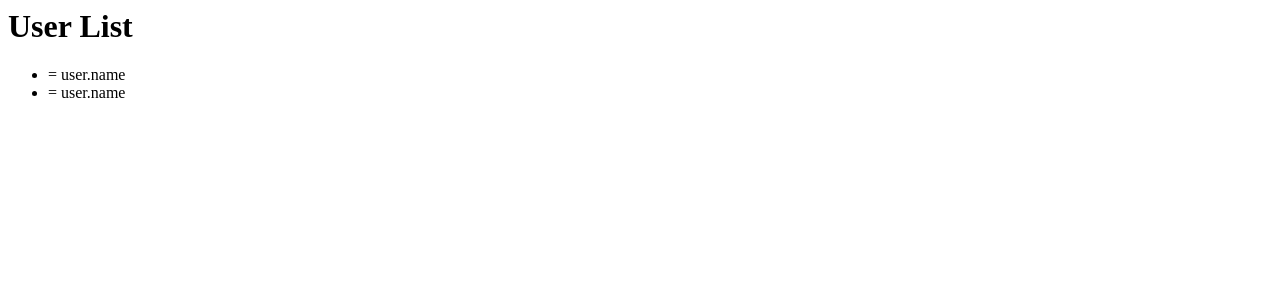
Repository: HuuNghi/nodeTokyo
Page: http://localhost/users
These files come from the project's save history. The page is drawn as it stood at one moment and after the next save; the edit follows.
The browser window is 1280 px wide. The pictures show the whole page.
The page is served by the project's Node server (index.js).

Above is the page before, as saved 2020-04-05 22:38:00.

After the next save:
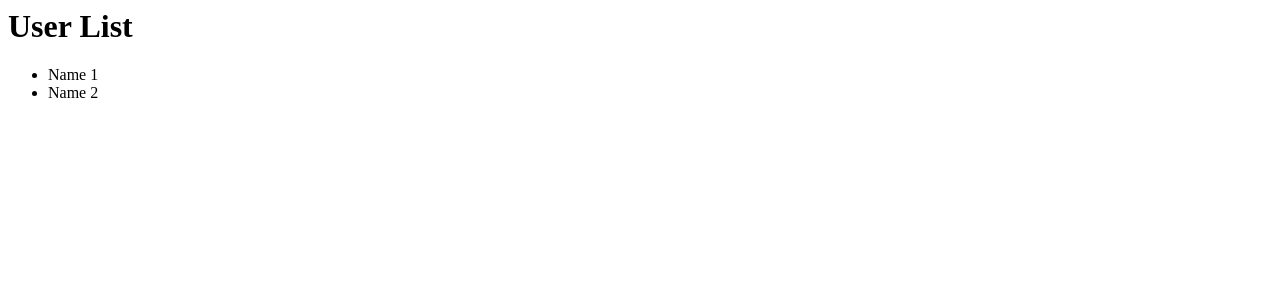
Saved 7 s later.
--- a/views/users/index.pug
+++ b/views/users/index.pug
@@ -1,4 +1,4 @@
 h1 User List
 ul
   each user in users
-    li = user.name
+    li= user.name
